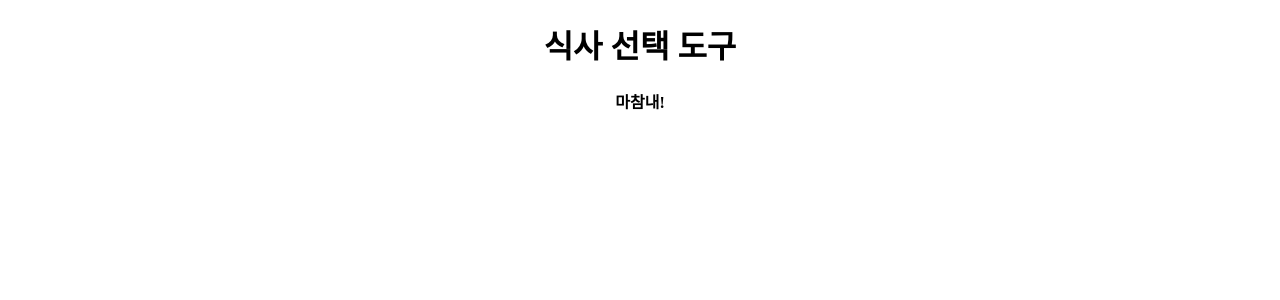
Repository: kimgh06/JavaWeb
Page: http://localhost/what/
An editor plug-in stored every save of this project. The page is shown before and after the next save, followed by the edit.
The browser window is 1280 px wide. The pictures show the whole page.
The page is served by Tomcat 9. Other server files are loaded and not shown.

Above is the page before, as saved 2022-11-03 02:13:53.

### what/src/main/webapp/index.jsp
<%@ page language="java" contentType="text/html; charset=EUC-KR"
    pageEncoding="EUC-KR"%>
<!DOCTYPE html>
<html>
<head>
<meta charset="EUC-KR">
<title>식사 선택 도구</title>
<link href ="./main.css" rel = "stylesheet" type = "text/css">
</head>
<body>
	<h1 id="main">식사 선택 도구</h1>
	<div id="main">
		<b>마참내!</b>
	</div>
</body>
</html>

### what/src/main/webapp/main.css
@CHARSET "UTF-8";

#main{
	text-align: center;
}

After the next save:
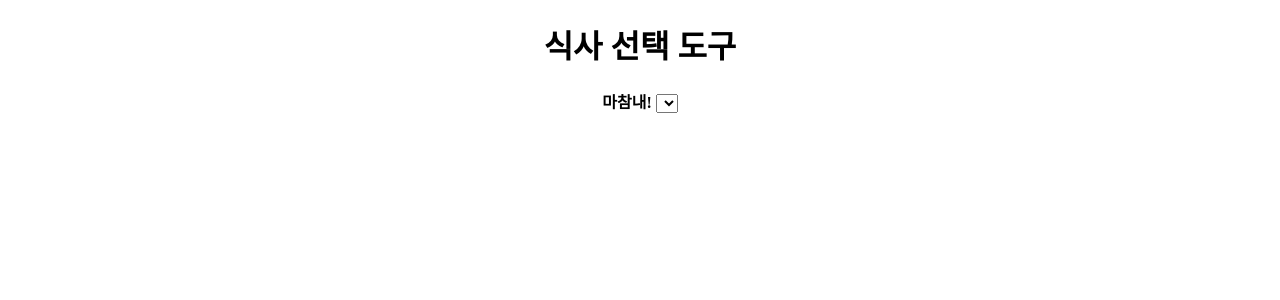
Saved 28 s later.
--- a/what/src/main/webapp/index.jsp
+++ b/what/src/main/webapp/index.jsp
@@ -11,6 +11,9 @@
 	<h1 id="main">식사 선택 도구</h1>
 	<div id="main">
 		<b>마참내!</b>
+		<select>
+			<option>
+		</select>
 	</div>
 </body>
 </html>
